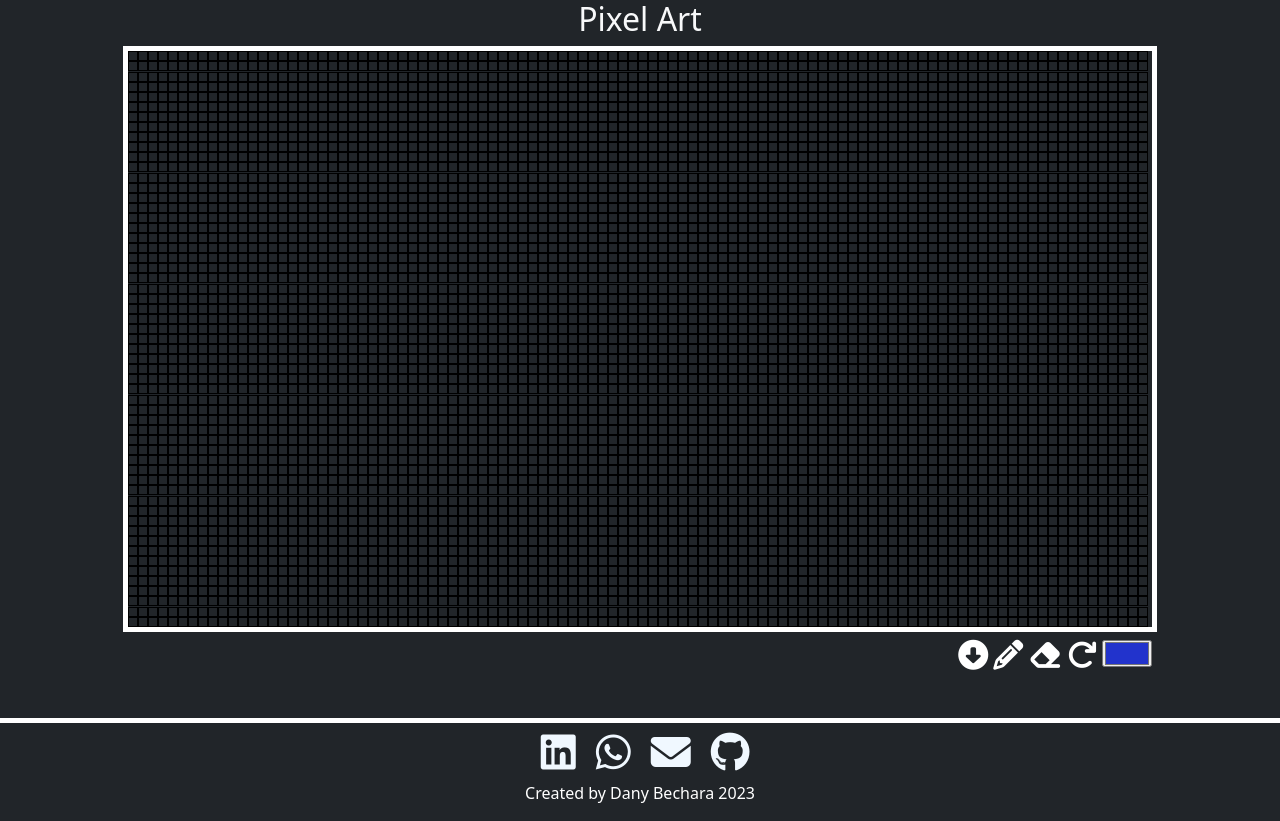
Repository: bechara611/pixelartdb
Page: /
These files come from the project's save history. The page is drawn as it stood at one moment and after the next save; the edit follows.
The browser window is 1280 px wide. The pictures show the whole page.
Some web libraries are served in a nearby version. The project was rebuilt for these pictures with package versions that can differ from the ones it lists, and the page was loaded fresh each time. Also part of the build but not shown: vite.config.js.

Above is the page before, as saved 2023-03-07 21:42:25.

### index.html
<!DOCTYPE html>
<html lang="en">
  <head>
    <meta charset="UTF-8" />
    <link rel="icon" type="image/svg+xml" href="/vite.svg" />
    <meta name="viewport" content="width=device-width, initial-scale=1.0" />
    <title>Vite + React</title>

    <link rel="stylesheet" href="https://cdnjs.cloudflare.com/ajax/libs/font-awesome/6.3.0/css/all.min.css">
  </head>
  <body>
    <div id="root"></div>
    <script type="module" src="/src/main.jsx"></script>
  </body>
</html>

### src/main.jsx
import React from 'react'
import ReactDOM from 'react-dom/client'
import App from './App'
import 'bootstrap/dist/css/bootstrap.min.css'
import 'bootstrap/dist/js/bootstrap.bundle.js'

ReactDOM.createRoot(document.getElementById('root')).render(
  <>
  <App />

  </>

)

### src/App.jsx

import { useEffect, useState } from 'react'
import './App.css'
import { SelectableGroup } from 'react-selectable-fast'
import { Pixel } from './Pixel'
import { Footer } from './Footer'

const App = () => {
  const [pixels, setPixels] = useState([])
  const [isSelecting, setIsSelecting] = useState(false)
  const [startIndex, setStartIndex] = useState(null)
  const [colorActual, setcolorActual] = useState('#2233cc')
  const [lapiz,setLapiz]= useState(true);

  useEffect(() => {
    let contenedor = document.getElementById('contenedor')
    let divsAloAlto = Math.floor(contenedor.offsetHeight / 10)
    let divsAlOancho = Math.floor(contenedor.offsetWidth / 10);
    //para saber cuantos divs necesita un contenedor multiplica el numero de divs a lo alto * el numero de divds a lo ancho
    setPixels(Array.from({ length: divsAloAlto * divsAlOancho }, () => { return { active: false, color: colorActual } }))

  }, [])
  const onReset = () => {
    let pixelesCopy = [];
    pixelesCopy = [...pixels]
    for (let i = 0; i < pixels.length; i++) {
      pixelesCopy[i] = { active: false, color: 'transparent' }
    }
    setPixels(pixelesCopy)
  }
  const funcionArray = (index) => {
    let nuevoArray = [...pixels]
    nuevoArray[index] = { active: true, color: colorActual }
    setPixels(nuevoArray)
  }

  useEffect(() => {
    //console.log({ pixels })
  }, [pixels])

  const onMouseDown = (index) => {
    setIsSelecting(true);
    setStartIndex(index)
    // console.log('onMouseDown')
  }


  const onMouseOver2 = (index) => {
    if (isSelecting) {
      const pixelsupdated = [...pixels]
      pixelsupdated[index] = { ...pixelsupdated[index], active: true, color: colorActual }

      setPixels(pixelsupdated)

    }
    // console.log('onMouseOver')
  }

  const onMouseUp2 = (index) => {
    setIsSelecting(false)

  }
  return (
    <>
      <div className="bg-dark fondo">
        <div className="col-12 contenedor-05 ">
          <div className="contenedor-mayor header">
            <h2 className='text-light'>Pixel Art</h2>

          </div>
        </div>
        <div className="contenedor-mayor ">
          <div className="contorno">
            <div className={`contenedor ${!lapiz ? 'cursorBorrador' : 'cursorLapiz'}`} id='contenedor'>

              {

                pixels.map((a, index) => {
                  return <Pixel key={index}
                    color={a.color}
                    active={a.active}
                    funcion={() => funcionArray(index)}
                    onMouseDown={() => { onMouseDown(index) }}
                    onMouseUp={() => { onMouseUp2(index) }}
                    onMouseOver={() => { onMouseOver2(index) }}
                  ></Pixel>
                })

              }

            </div>
          </div>
        </div>
        <div className="col-12 contenedor-05  ">
          <div className="derecha mt-2">

          <i className="fa-solid fa-circle-down borrador " onClick={()=>{
            console.log('Descargar')
            }}></i>
          <i className="fa-solid fa-pencil borrador" onClick={()=>{ setLapiz(true)
            setcolorActual('#2233cc')
            }}></i>
            <i className="fa-solid fa-eraser borrador" onClick={()=>{ setLapiz(false)
            setcolorActual('transparent')
            }}></i>

            <i className="fa-solid fa-arrow-rotate-right borrador  icono" onClick={() => { onReset() }}></i>
            <input type="color" className='selector' value={colorActual} onChange={(e) => {
               setcolorActual(e.target.value)
               setLapiz(true)
              }} />

          </div>

        </div>
        <div className="col-12 bg-dark">

        <Footer></Footer>
        </div>
      </div>



    </>

  )
}

export default App

### src/App.css
.fondo {
  height: 100vh;

}

.contorno {
  border: 5px solid white;
}

.contenedor-mayor {
  display: flex;
  flex-direction: row;
  justify-content: center;
  justify-self: center;
  align-items: center;

}

.contenedor-mayor2 {
  width: 80vw;
  align-self: center;
  display: flex;
  flex-direction: row;
  justify-content: space-between;
}

.contenedor-05 {
  display: flex;
  flex-direction: row;
  justify-content: center;
}

.derecha {
  width: 80vw;
  align-self: center;
  display: flex;
  flex-direction: row;
  justify-content: flex-end;
}

.pixel {
  width: 10px;
  height: 10px;
  border: 1px solid rgb(0, 0, 0);

  box-sizing: border-box;

}

.active {
  background: transparent;
}
.cursorBorrador{
  cursor: url(./assets/borrador.png), pointer;
}
.cursorLapiz{
cursor: url(./assets/pencil3.png), default;
}
.contenedor {

  display: flex;
  flex-direction: row;
  flex-wrap: wrap;
  width: 80vw;
  height: 80vh;
  max-width: 80vw;
  max-height: 80vh;
}

.icono {
  font-size: 30px;
  color: white;
  margin-right: 5px;
}
.borrador{
  font-size: 30px;
  color: white;
  margin-right: 5px;
  cursor: pointer;
}
.borrador:hover{
  font-size: 32px;
  color: rgb(191, 180, 180);
  transition: all .1s ease;
}

@keyframes rotar {
  from {
    transform: rotate(32deg);
  }

  to {
    transform: rotate(360deg);
  }
}

.icono:hover {
  color: rgb(171, 193, 216);
  cursor: pointer;
  animation-name: rotar;
  animation-duration: 1s;
  transition: all 1s ease;
  animation-iteration-count: infinite;
}

.selector{
cursor: pointer;
}

### src/Pixel.jsx
import React, { useState } from 'react'
import './App.css'
import {selectableGroup, createSelectable} from 'react-selectable-fast'
export const Pixel = (props) => {
    const [isActive, setisActive] = useState(false)
  return (

 <div className={`pixel ${props.active ? 'active' : ''}`} style={{ background:props.active ? props.color : ''}}
 onClick={()=>{
    setisActive(!isActive)
    props.funcion();
}}
onMouseDown={()=>{props.onMouseDown()}}
onMouseUp={()=>{props.onMouseUp()}}
onTouchEnd={()=>{props.onMouseUp()}}
onMouseOver={()=>{props.onMouseOver()}}
onTouchStart={()=>{{
    props.onMouseDown()
    props.onMouseOver()}}}
 >

 </div>
  )
}

### src/Footer.jsx
import React from 'react'
import './Footer.css'


let linkdn="https://linkedin.com/in/DanyBechara";
let correo="mailto:bechara611@gmail.com";
let blank='_blank';
let github='https://github.com/bechara611';
let whatssap='https://wa.me/584120361952';

export const Footer = () => {
  return (
    <>
      {/*Aca este footer le estamos colocando una posicion absolute y a su padre relativa para poder ubicarlo al final de su div padre */}
      <div className="footer col-12 mt-5 pt-1">
      <a href={linkdn} target={blank} className='animate__animated animate__lightSpeedInLeft'><i className=" linkdin fa-brands fa-linkedin iconoRedes"></i></a>
      <a href={whatssap} target={blank}  className='animate__animated animate__lightSpeedInLeft'><i className="whatssap fa-brands fa-whatsapp iconoRedes"></i></a>
      <a href={correo} target={blank}  className='animate__animated animate__lightSpeedInLeft'><i className="gmail fa-solid  fa-envelope iconoRedes"></i></a>
      <a href={github} target={blank}  className='  animate__animated animate__lightSpeedInLeft'><i className=" github fa-brands fa-github iconoRedes"></i></a>

     <div className="col-12 contenedor-mensaje-footer mt-1">
     <div className="col-12 contenedor-mensaje-footer">
     <p className='mensaje'>Created by Dany Bechara {new Date().getFullYear().toString()}</p>
     </div>

     </div>
      </div>
    </>

  )
}

### src/Footer.css
.footer{
    color: white;
    margin-top: 10px;
    border-top: 5px solid white;

    display: flex;
    flex-direction: row;
    justify-content: center;
    text-align: center;
    align-items: center;
    justify-items: center;
 flex-wrap: wrap;

}

.iconoRedes{
    font-size: 40px;
    padding-left: 10px;
    margin: 5px;
    color: aliceblue;
}

.github:hover{
    color: #6e5494;

}

.whatssap:hover{
color: #25d366;
}

.gmail:hover{
color:#cc0000;
}
.linkdin:hover{
color:#00a0dc;
}

.contenedor-mensaje-footer{
    display: flex;
    flex-direction: row;
    justify-content: center;
    text-align: center;
    align-items: center;
    justify-items: center;
}

/*?RESPONSIVE*/

@media(max-width:255px){
    .iconoRedes{
        font-size: 30px;
        padding-left: 5px;
    }
    .mensaje{
        font-size: 10px;
    }
}

After the next save:
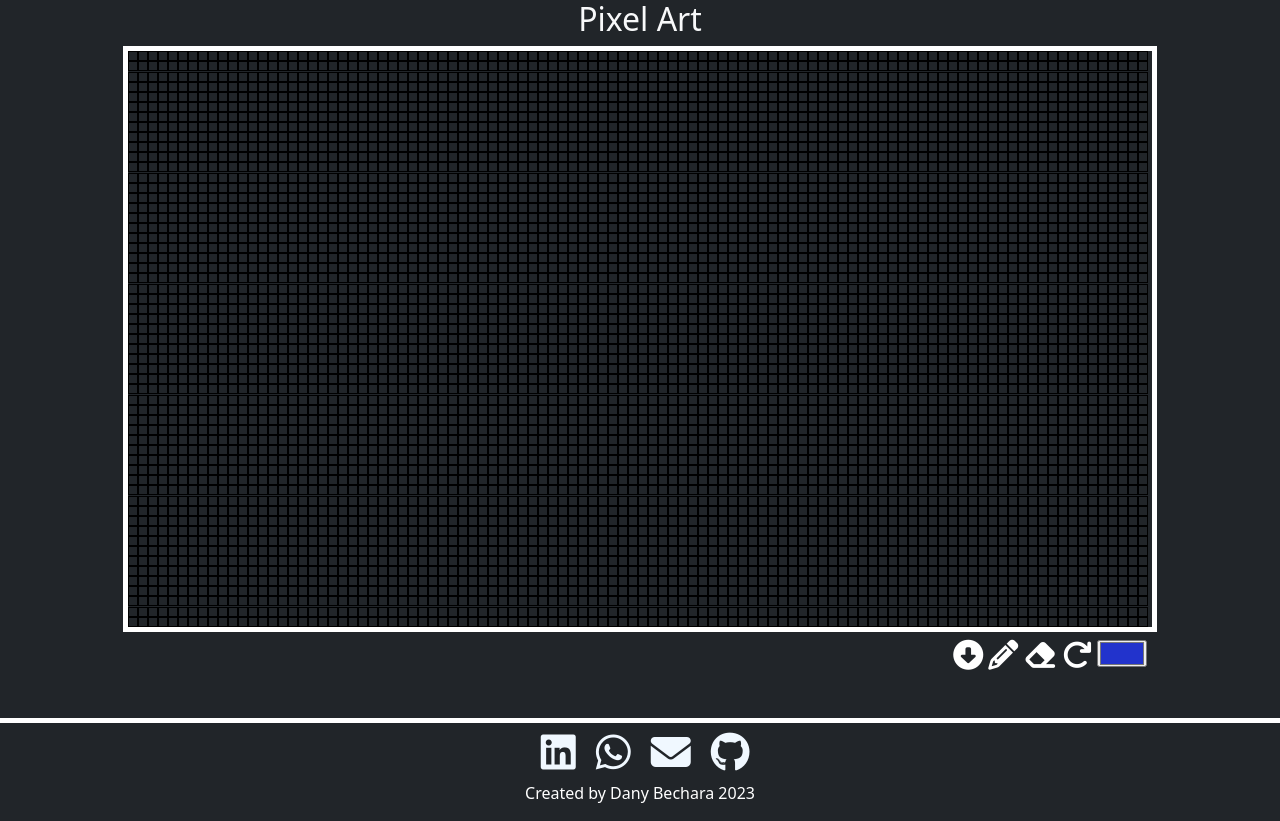
Saved 9 s later.
--- a/src/App.jsx
+++ b/src/App.jsx
@@ -105,7 +105,7 @@ const App = () => {
             }}></i>
 
             <i className="fa-solid fa-arrow-rotate-right borrador  icono" onClick={() => { onReset() }}></i>
-            <input type="color" className='selector' value={colorActual} onChange={(e) => {
+            <input type="color" className='selector borrador' value={colorActual} onChange={(e) => {
                setcolorActual(e.target.value)
                setLapiz(true)
               }} />
